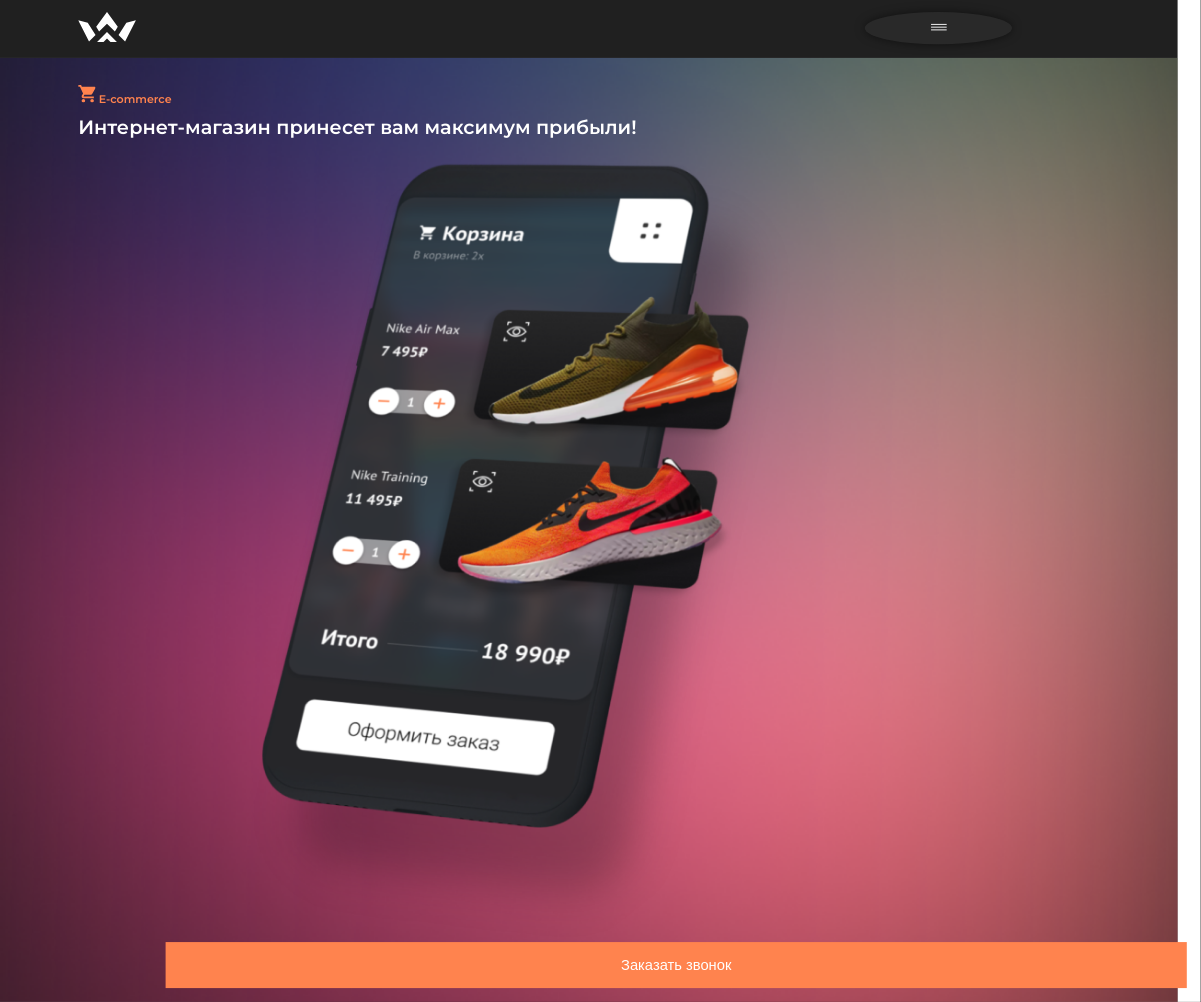
Repository: Gabi0605/my-tests
Page: web_alternative/index.html
The author's editor kept a copy of each file at every save. The page is drawn from the files as they stood at one save, then again after the next save.
The browser window is 1280 px wide. The page is 1305 px wide, then 1280 px, so the pictures cover 1305 px, including what lies to the right of the window. The pictures show the whole page, at 92% of full size.
The style sheet was rebuilt from its Sass, Less or Tailwind sources for each picture, by a compiler version that may differ from the author's.

Above is the page before, as saved 2020-01-16 10:56:03.

### web_alternative/index.html
<!DOCTYPE html>
<html lang="ru">
<head>
    <meta charset="UTF-8">
    <meta name="viewport" content="width=device-width, initial-scale=1.0">
    <meta http-equiv="X-UA-Compatible" content="ie=edge">
    <title>WEB ALTERNATIVE</title>
    <link href="https://fonts.googleapis.com/css?family=Montserrat:300,400,600|Roboto:300,700&display=swap" rel="stylesheet">
    <link rel="stylesheet" href="css/bootstrap-grid.min.css">
    <link rel="stylesheet" href="css/style.css">
</head>
<body>
    <header>
        <div class="container">
            <div class="row">
                <div class="col-4">
                    <div class="logo">
                        <img src="img/svg/logo.svg" alt="">
                    </div>
                </div>
                <div class="col-2 offset-5">
                    <div class="burger">
                        <div class="rect"></div>
                        <div class="rect"></div>
                        <div class="rect"></div>
                    </div>
                </div>
            </div>
        </div>
    </header>
    <div class="call">
        <div class="container">
            <div class="e-commerce">
                <img src="img/svg/shopping-cart.svg" alt=""> E-commerce
            </div>
            <h2>
                Интернет-магазин принесет вам максимум прибыли!
            </h2>
            <div class="row">
                <div class="col-8 offset-2">
                    <img src="img/phone.png" alt="">
                </div>
                <div class="col-12 offset-1">
                    <button>
                        Заказать звонок
                    </button>
                </div>
            </div>
        </div>
    </div>
</body>
</html>

### web_alternative/less/style.less
*{
    margin: 0;
    padding: 0;
    box-sizing: border-box;
}
.montserrat{
    font-family: 'Montserrat', sans-serif;
}
.roboto{
    font-family: 'Roboto', sans-serif;
}
p{
    .montserrat;
    font-size: 12px;
    line-height: 15px;
}
@background: #171718;
@gray: #202020;
@burger: #292929;
@orange: #FF834E;

header{
    background: @gray;
    padding: 13px 0;
    .burger{
        background: @burger;
        border-radius: 50%;
        box-shadow: 0 0 10px rgba(0, 0, 0, 0.5);
        min-width: 35px;
        min-height: 35px;
        display: flex;
        flex-direction: column;
        justify-content: center;
        align-items: center;
        .rect{
            min-width: 17px;
            max-width: 50%;
            height: 1px;
            background: #fff;
            margin-bottom: 2px;
        }
    }
}
.call{
    background: @background;
    background-image: url(../img/mobile-background-block-one.png);
    background-size: cover;
    .montserrat;
    padding: 29px 0 15px;
    .e-commerce{
        color: @orange;
        font-weight: 600;
        font-size: 12px;
        line-height: 15px;
    }
    h2{
        color: #fff;
        font-weight: 600;
        font-size: 21px;
        line-height: 28px;
        padding: 10px 0 24px;
    }
    img{
        max-width: 100%;
    }
    button{
        background-color: @orange;
        color: #fff;
        font-weight: 400;
        font-size: 16px;
        line-height: 20px;
        padding: 15px;
        border: none;
        width: 100%;
    }
}

Loaded but not shown: web_alternative/css/bootstrap-grid.min.css (library)

After the next save:
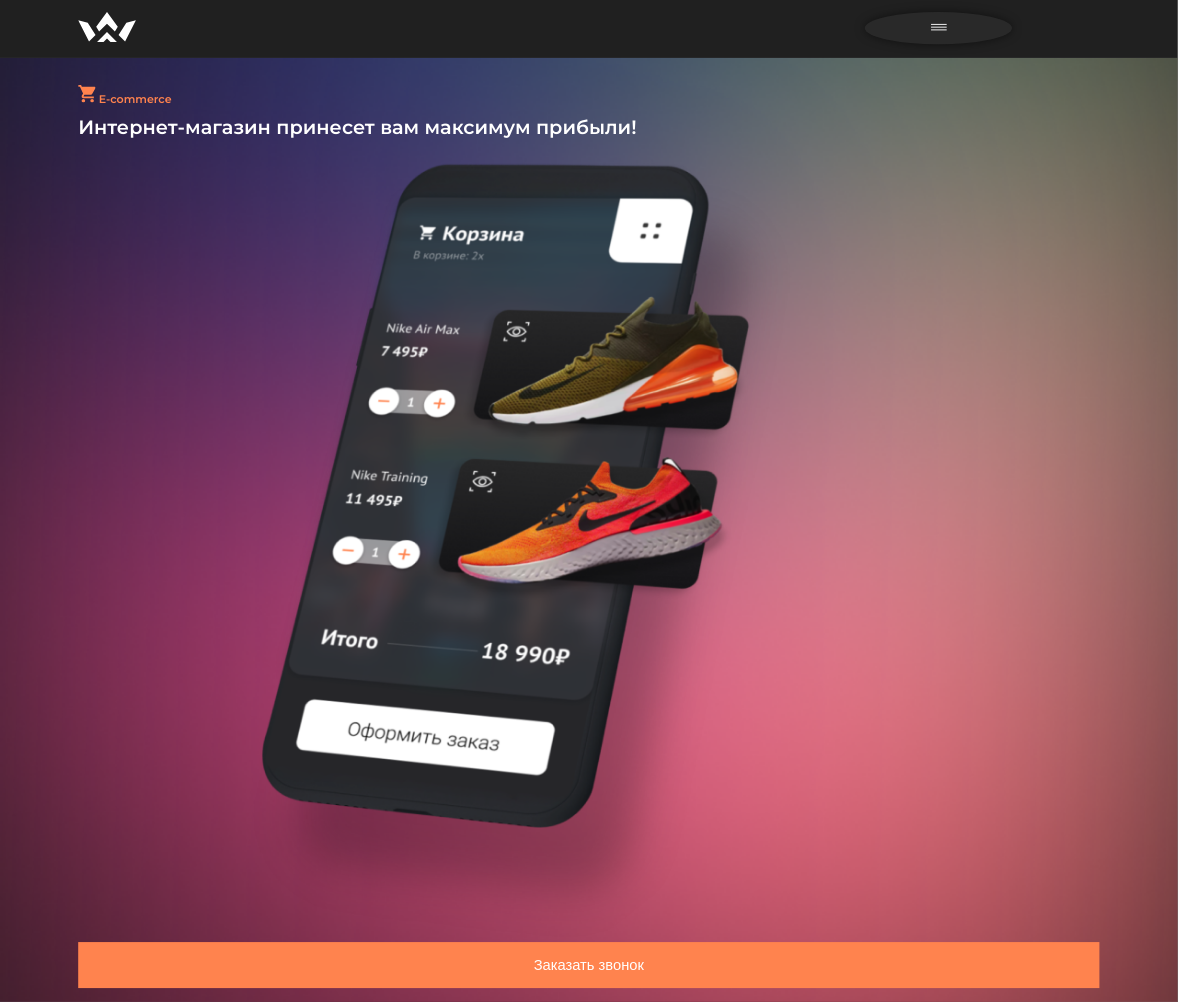
Saved 4 s later.
--- a/web_alternative/index.html
+++ b/web_alternative/index.html
@@ -40,7 +40,7 @@
                 <div class="col-8 offset-2">
                     <img src="img/phone.png" alt="">
                 </div>
-                <div class="col-12 offset-1">
+                <div class="col-12">
                     <button>
                         Заказать звонок
                     </button>
